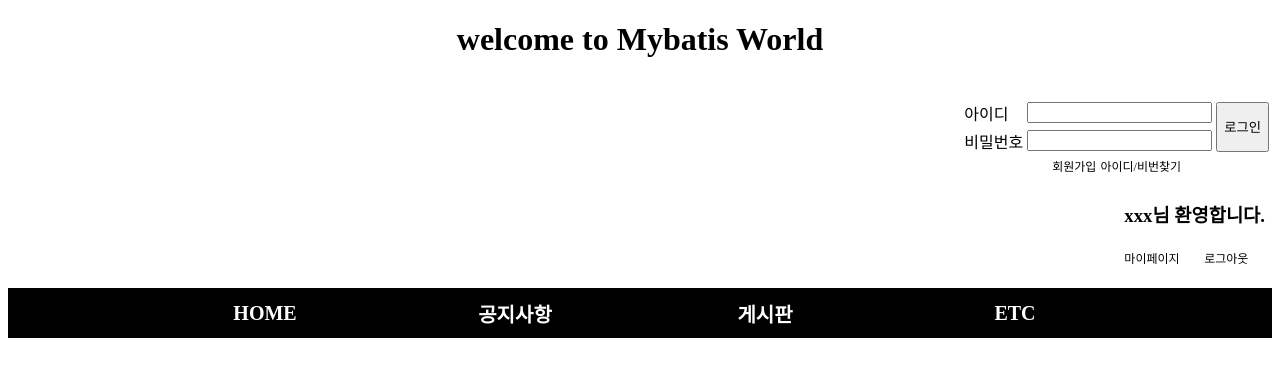
Repository: Ramen5201/mybatis
Page: http://localhost/mybatisProject/
An editor plug-in stored every save of this project. The page is shown before and after a run of saves, followed by the edit.
The browser window is 1280 px wide. The pictures show the whole page.
The page is served by Tomcat 9. Other server files are loaded and not shown.

Above is the page before, as saved 2023-10-31 01:46:13.

### mybatisProject/src/main/webapp/index.jsp
<%@ page language="java" contentType="text/html; charset=UTF-8"
    pageEncoding="UTF-8"%>
<!DOCTYPE html>
<html>
<head>
<meta charset="UTF-8">
<title>Insert title here</title>
</head>
<body>

	<!--
		* 프레임워크
		- 개발자가 보다 편리한 환경에서 개발할 수 있도록 제공하는 툴, 뼈대라고 생각
		- 소프트웨어 개발의 공통적으로 사용되는 라이브러리/개발도구/인터페이스 등등을 묶어둔 것

		* 프레임워크의 필요성
		- 규모가 큰 프로젝트의 작업시 많은 개발자들이 필요!
		 => 많은 개발자들이 "통일성" 있게 "바르고" "안정적"으로 개발하기 위해 프레임워크가 좋은 성과!
		 => 생산성 향상

		* 프레임워크 특징
		- 개발자들이 따라야하는 가이드라인 제공
		 => 자유롭게 설계/코딩 x, 가이드대로 설계/코딩 o
		- 개발할 수 있는 범위가 정해져있다.
		- 개발자들을 위한 다양한 도구들이 지원

		* 프레임워크 장점
		- 개발시간단축
		- 유지보수 용이

		* 프레임워크 단점
		- 프레임워크에 너무 의존하면 개발자들의 능력이 떨어진다.
		- 익숙해지기까지 시간이 걸림

		* 프레임워크 종류
		- 영속성 : 데이터 관련한 CRUD 기능들을 보다 편히하게 작업 할 수 있도록 제공해주는 프레임워크
		- 자바 : 웹 애플리케이션에 초점을 맞춰 필요한 요소들을 모듈화해서 제공해주는 프레임워크
		- 화면구현 : front-end를 보다 쉽게 구현할 수 있게 제공해주는 프레임워크
		- 기능 및 지원 : 특정 기능이나나 업무 수행에 도움을 줄 수 있게 제공해주는 프레임워크
	 -->

	 <jsp:forward page="/WEB-INF/views/main.jsp" />
</body>
</html>

### mybatisProject/src/main/webapp/WEB-INF/views/main.jsp
<%@ page language="java" contentType="text/html; charset=UTF-8"
    pageEncoding="UTF-8"%>
<!DOCTYPE html>
<html>
<head>
<meta charset="UTF-8">
<title>Insert title here</title>
</head>
<body>
	<jsp:include page="common/menubar.jsp" />
</body>
</html>

### mybatisProject/src/main/webapp/WEB-INF/views/common/menubar.jsp
<%@ page language="java" contentType="text/html; charset=UTF-8"
    pageEncoding="UTF-8"%>
<%@ taglib prefix="c" uri="http://java.sun.com/jsp/jstl/core" %>
<!DOCTYPE html>
<html>
<head>
<meta charset="UTF-8">
<title>Insert title here</title>
<style>
    .login-area a{
        text-decoration: none;
        color: black;
        font-size: 12px;
    }

    .nav-area{
        background: black;
        color: white;
        height: 50px;
    }
    .menu{
        display: table-cell;
        width: 250px;
        height: 50px;
        vertical-align: middle;
        font-size: 20px;
        font-weight: bold;
    }
    .outer{
       width: 900px;
       padding: 24px;
       background: black;
       color: white;
       margin: auto;
       margin-top: 50px;
    }
</style>
</head>
<body>

    <h1 align="center">welcome to Mybatis World</h1>
    <br>

    <div class="login-area" align="right">
        <!-- 로그인전 -->
        <form action="login.me" method="post">
           <table>
               <tr>
                   <td>아이디</td>
                   <td><input type="text" name="userId" required></td>
                   <td rowspan="2"><button type="submit" style="height: 50px;">로그인</button></td>
               </tr>
               <tr>
                   <td>비밀번호</td>
                   <td><input type="password" name="userPwd" required></td>

               </tr>
               <tr>
                   <td colspan="3" align="center">
                       <a href="enrollForm.me">회원가입</a>
                       <a href="">아이디/비번찾기</a>
                   </td>
               </tr>
            </table>
        </form>


        <!-- 로그인후 -->
        <div>
            <table>
                <tr>
                    <td colspan="2">
                        <h3>xxx님 환영합니다. </h3>
                    </td>
                    <td></td>
                </tr>
                <tr>
                    <td><a href="">마이페이지</a></td>
                    <td><a href="">로그아웃</a></td>
                </tr>
            </table>
        </div>
    </div>
    <br>

    <div class="nav-area" align="center">
        <div class="menu">HOME</div>
        <div class="menu">공지사항</div>
        <div class="menu">게시판</div>
        <div class="menu">ETC</div>
    </div>
</body>
</html>

After the next 2 saves:
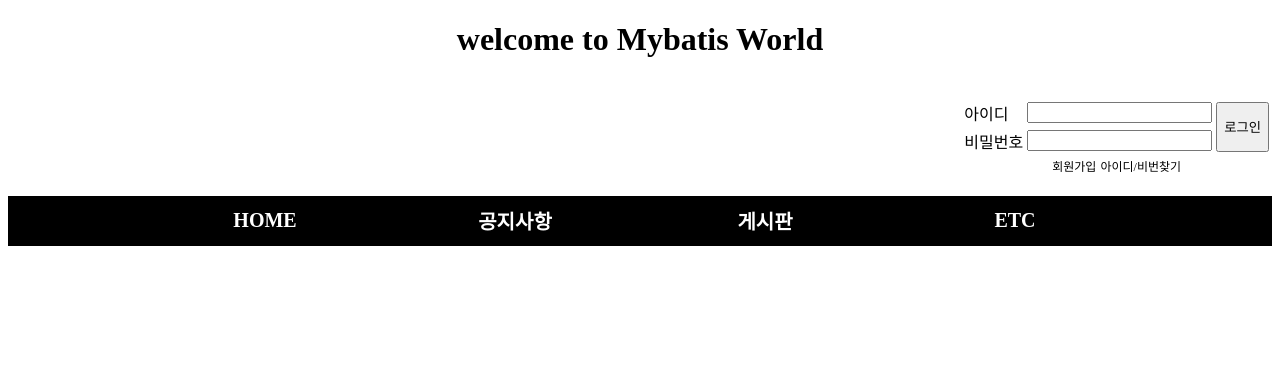
The 2 saves are shown as one change because 1 did not build or start.
The last was saved 27 min 44 s later.
--- a/mybatisProject/src/main/webapp/WEB-INF/views/common/menubar.jsp
+++ b/mybatisProject/src/main/webapp/WEB-INF/views/common/menubar.jsp
@@ -43,44 +43,48 @@
 
     <div class="login-area" align="right">
         <!-- 로그인전 -->
-        <form action="login.me" method="post">
-           <table>
-               <tr>
-                   <td>아이디</td>
-                   <td><input type="text" name="userId" required></td>
-                   <td rowspan="2"><button type="submit" style="height: 50px;">로그인</button></td>
-               </tr>
-               <tr>
-                   <td>비밀번호</td>
-                   <td><input type="password" name="userPwd" required></td>
+        <c:choose>
+        	<c:when test="${ empty loginUser }">
+		        <form action="login.me" method="post">
+		           <table>
+		               <tr>
+		                   <td>아이디</td>
+		                   <td><input type="text" name="userId" required></td>
+		                   <td rowspan="2"><button type="submit" style="height: 50px;">로그인</button></td>
+		               </tr>
+		               <tr>
+		                   <td>비밀번호</td>
+		                   <td><input type="password" name="userPwd" required></td>
 
-               </tr>
-               <tr>
-                   <td colspan="3" align="center">
-                       <a href="enrollForm.me">회원가입</a>
-                       <a href="">아이디/비번찾기</a>
-                   </td>
-               </tr>
-            </table>
-        </form>
-
-
-        <!-- 로그인후 -->
-        <div>
-            <table>
-                <tr>
-                    <td colspan="2">
-                        <h3>xxx님 환영합니다. </h3>
-                    </td>
-                    <td></td>
-                </tr>
-                <tr>
-                    <td><a href="">마이페이지</a></td>
-                    <td><a href="">로그아웃</a></td>
-                </tr>
-            </table>
-        </div>
-    </div>
+		               </tr>
+		               <tr>
+		                   <td colspan="3" align="center">
+		                       <a href="enrollForm.me">회원가입</a>
+		                       <a href="">아이디/비번찾기</a>
+		                   </td>
+		               </tr>
+		            </table>
+		        </form>
+		     </c:when>
+		     <c:otherwise>
+		        <!-- 로그인후 -->
+			        <div>
+			            <table>
+			                <tr>
+			                    <td colspan="2">
+			                        <h3>xxx님 환영합니다. </h3>
+			                    </td>
+			                    <td></td>
+			                </tr>
+			                <tr>
+			                    <td><a href="">마이페이지</a></td>
+			                    <td><a href="">로그아웃</a></td>
+			                </tr>
+			            </table>
+			         </div>
+			  </c:otherwise>
+		    </c:choose>
+	    </div>
     <br>
 
     <div class="nav-area" align="center">
